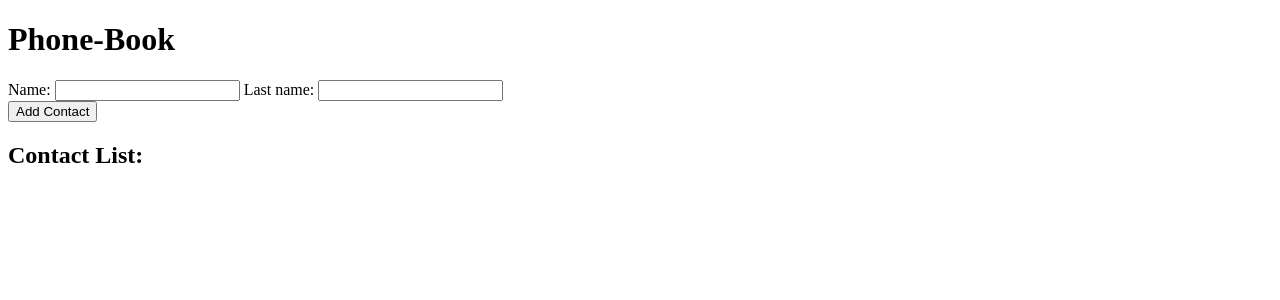
Repository: STA1357/Phone-book
Page: Inner.html
These files come from the project's save history. The page is drawn as it stood at one moment and after the next save; the edit follows.
The browser window is 1280 px wide. The pictures show the whole page.

Above is the page before, as saved 2020-12-08 09:33:36.

### Inner.html
<!DOCTYPE html>
<html lang="en">
<head>
    <meta charset="UTF-8">
    <meta name="viewport" content="width=device-width, initial-scale=1.0">
    <title>Phone Book</title>
    <link rel="stylesheet" href="./styles.css">
</head>
<body>
    <form action="#">

        <header>
            <div class="header-title">
                <h1>Phone-Book</h1>
            </div>
        </header>

        <main>
            <div class="container">
                <label for="name">Name:</label>
                <input type="text" id="nameInput">
                <label for="lname">Last name:</label>
                <input type="text" id="lnameInput">
            </div>

        </main>

        <button onclick="return addUser()" type="submit" id="btnAdd">Add Contact</button>
    </form>

    <h2>Contact List:</h2>
    <ul id="users"></ul>

    <script src="./app.js"></script>
</body>
</html>

### app.js
const form = document.querySelector('form')
const list = document.getElementById('users')
const userName = document.getElementById('nameInput')
const userLname = document.getElementById('lnameInput')
const entry = document.createElement('li')

function addUser (){
    const list = document.getElementById('users')
    const userName = document.getElementById('nameInput')
    const userLname = document.getElementById('lnameInput')
    const entry = document.createElement('li')
    entry.appendChild(document.createTextNode(userName.value + ' ' + userLname.value))
    list.appendChild(entry)
    return false
}


class Person{
    constructor(options){
        this.name = options.name
        this.lname = options.lname
        this.tel = options.tel
        this.email = options.email
        this.birthday = options.birthday
    }
}

class User extends Person{
    static type = "User"
}

const user = new User({
    name: "",
    lname: "",
    tel: "",
    email:"",
    birthday:""
})


localStorage.setItem('userInfo', JSON.stringify(user));




/*const raw = localStorage.getItem('userInfo')
const userInfo = JSON.parse(raw)
userInfo.name = 'Maxim'

console.log(userInfo);*/

Loaded but not shown: styles.css (no copy from this time; the picture is the same without it)

After the next save:
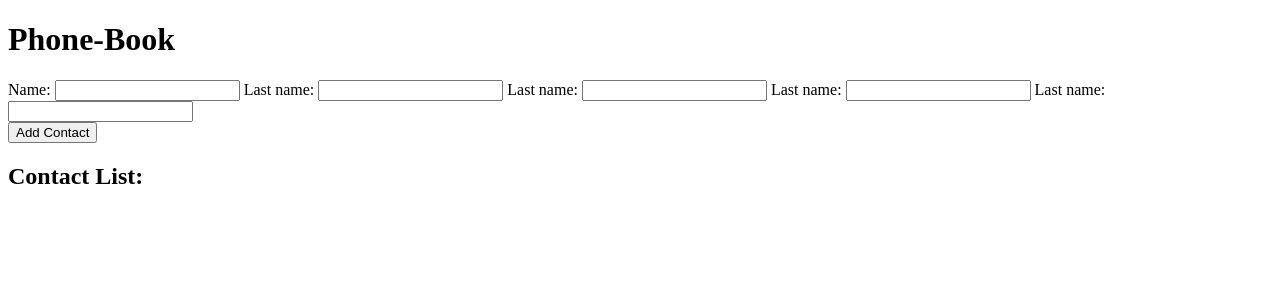
Saved 20 s later.
--- a/Inner.html
+++ b/Inner.html
@@ -21,6 +21,12 @@
                 <input type="text" id="nameInput">
                 <label for="lname">Last name:</label>
                 <input type="text" id="lnameInput">
+                <label for="lname">Last name:</label>
+                <input type="text" id="lnameInput">
+                <label for="lname">Last name:</label>
+                <input type="text" id="lnameInput">
+                <label for="lname">Last name:</label>
+                <input type="text" id="lnameInput">
             </div>
 
         </main>
